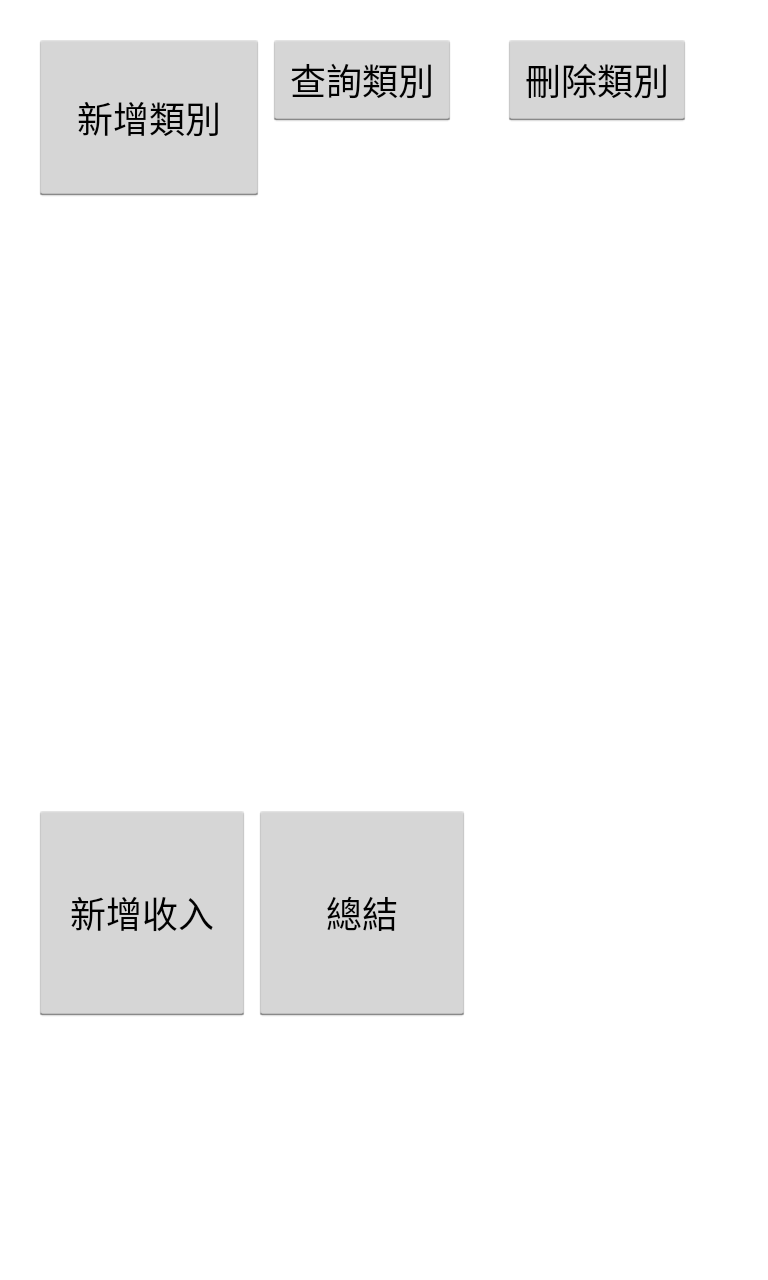
Repository: rayyrayy/Android-app-project
Layout: flashaccounting/easy money manager/res/layout/activity_main.xml
These files come from the project's save history. The layout is drawn as it stood at one moment and after the next save; the edit follows.
It is drawn on a 768 x 1280 px phone screen (xhdpi) without system bars, with theme AppTheme; the app's code is not run.

Above is the layout before, as saved 2014-10-29 06:15:50.

After the next save:
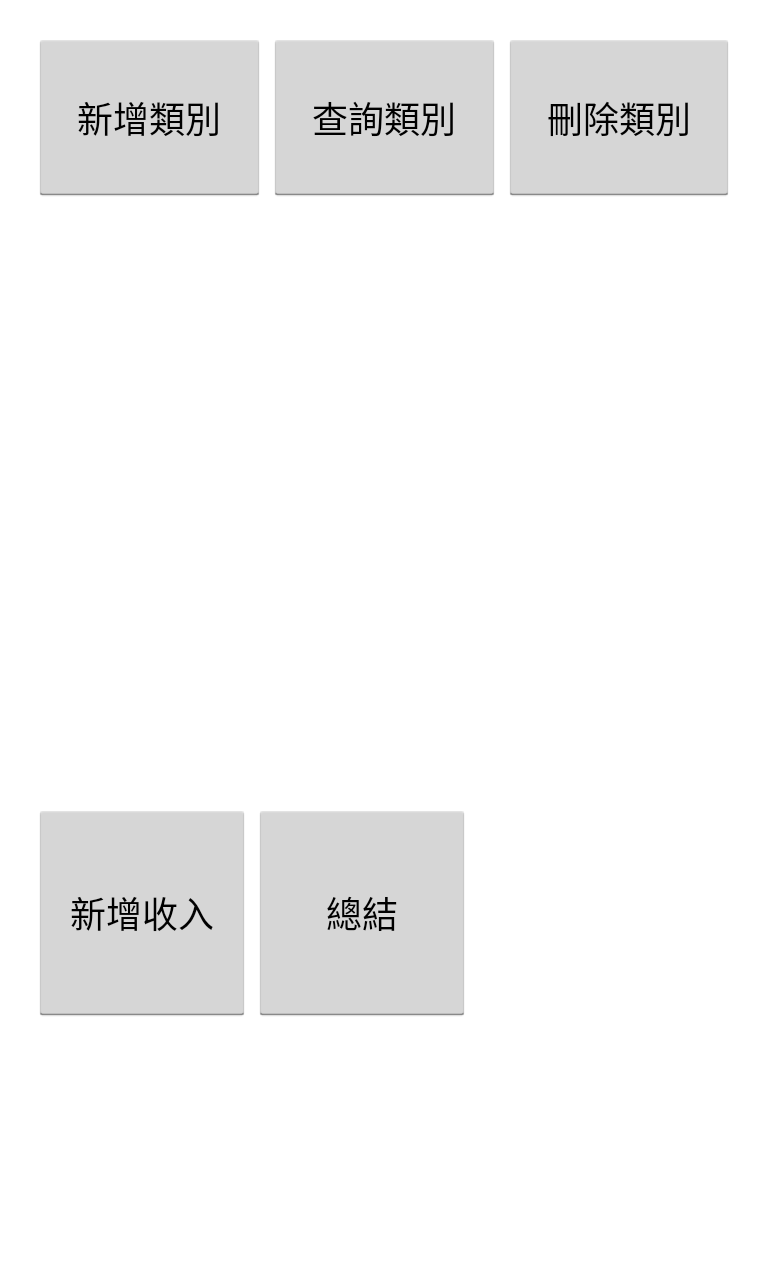
Saved 6 min 25 s later.
--- a/flashaccounting/easy money manager/res/layout/activity_main.xml
+++ b/flashaccounting/easy money manager/res/layout/activity_main.xml
@@ -20,7 +20,7 @@
    	android:orientation="horizontal">
 
    	    <LinearLayout
-    	android:layout_width="wrap_content"
+    	android:layout_width="fill_parent"
    		android:layout_height="fill_parent"
    		android:layout_weight="1"
    		android:orientation="horizontal">
@@ -34,30 +34,30 @@
 		</LinearLayout>
 
    		<LinearLayout
-       	android:layout_width="wrap_content"
+       	android:layout_width="fill_parent"
    		android:layout_height="fill_parent"
    		android:layout_weight="1"
    		android:orientation="horizontal">
 
    		    <Button
         	android:id="@+id/button1"
-        	android:layout_width="wrap_content"
-        	android:layout_height="wrap_content"
+        	android:layout_width="fill_parent"
+        	android:layout_height="fill_parent"
         	android:onClick="querytable"
         	android:text="查詢類別" />
 
     	</LinearLayout>
 
    		<LinearLayout
-       	android:layout_width="wrap_content"
+       	android:layout_width="fill_parent"
    		android:layout_height="fill_parent"
    		android:layout_weight="1"
    		android:orientation="horizontal">
 
     		<Button
         	android:id="@+id/DelClass"
-        	android:layout_width="wrap_content"
-        	android:layout_height="wrap_content"
+        	android:layout_width="fill_parent"
+        	android:layout_height="fill_parent"
         	android:onClick="DelClass"
         	android:text="刪除類別" />
 
